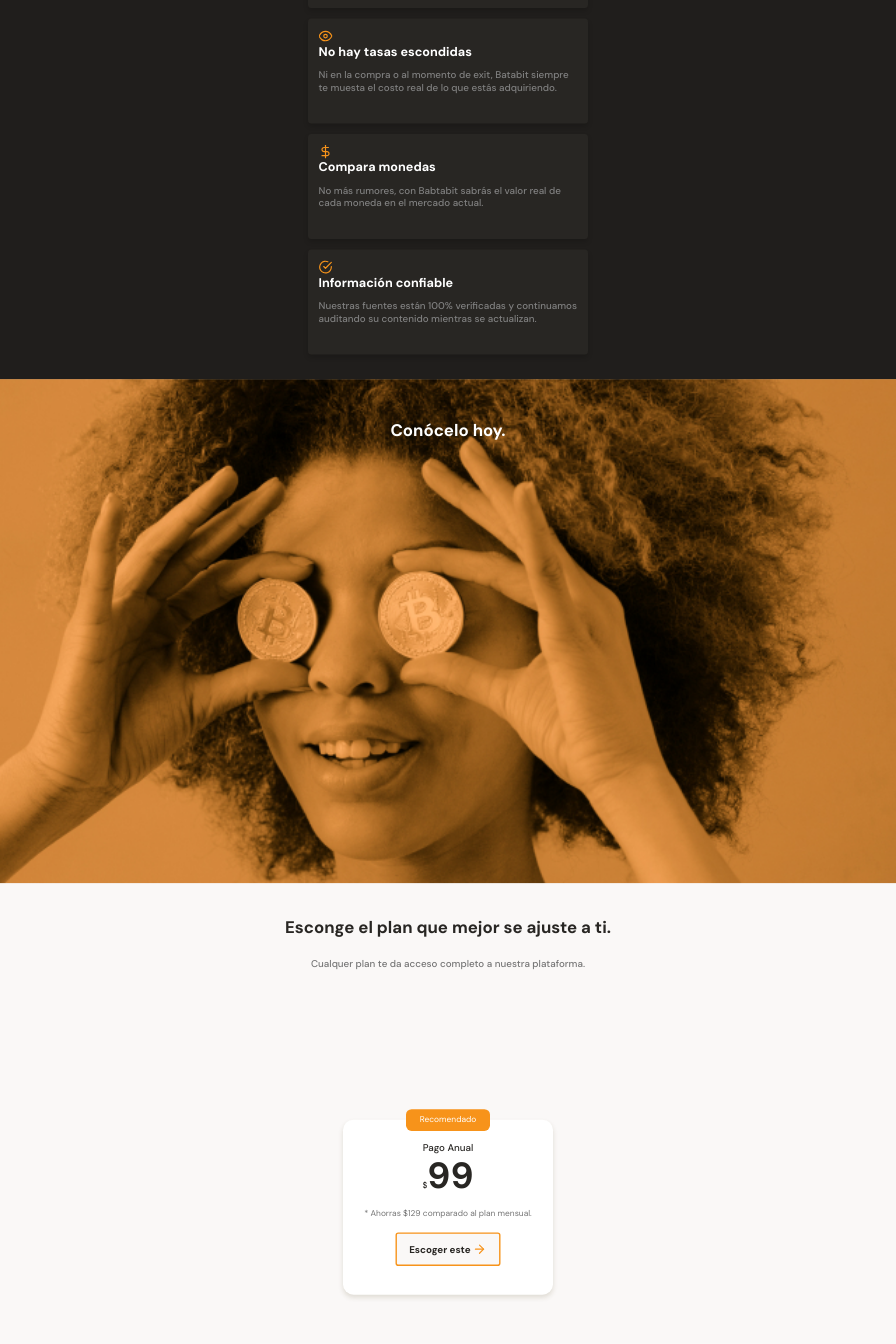
Repository: elto82/mobileFirst
Page: index.html
The author's editor kept a copy of each file at every save. The page is drawn from the files as they stood at one save, then again after the next save.
The browser window is 1280 px wide. The pictures show the part of the page from y = 1441 to 3361 px (the page is 3361 px tall), at 70% of full size.
Some web fonts or font styles are not loaded; a fallback is used.

Above is the page before, as saved 2022-06-08 21:39:17.

### index.html
<!DOCTYPE html>
<html lang="en">
  <head>
    <meta charset="UTF-8" />
    <meta http-equiv="X-UA-Compatible" content="IE=edge" />
    <meta name="viewport" content="width=device-width, initial-scale=1.0" />
    <link rel="preconnect" href="https://fonts.googleapis.com" />
    <link rel="preconnect" href="https://fonts.gstatic.com" crossorigin />
    <link
      href="https://fonts.googleapis.com/css2?family=DM+Sans:wght@400;500;700&family=Inter:wght@300;500&family=Poppins:ital,wght@0,300;1,400;1,600&family=Quicksand:wght@300;500;700&family=Roboto:wght@400;700&family=Rubik+Beastly&display=swap"
      rel="stylesheet"
    />
    <link rel="stylesheet" href="./style.css">
    <title>Document</title>
  </head>
  <body>
    <header>
        <img src="./assets/img/logo.svg" alt="">
        <div class="header-title-container">
            <h1>La próxima revolución en el intercambio de criptomonedas.</h1>
            <p>Batatabit te ayuda a navegar entre los diferentes precios y tendencias.  </p>
            <a href="#plans" class="header-button">Conoce nuestros planes <span></span></a>
        </div>
    </header>
    <main>
      <section class="main-exchange-container">
          <div class="backgroundImg"></div>
          <div class="main-exchange-conintainer--title">
            <h2>Visibilizamos todas las tasas de cambio.</h2>
            <p>Traemos información en tiempo real de las casas de cambio y las monedas más importantes del mundo.</p>
          </div>
          <section class="main-tables-container">
              <div class="main-currency-table">
                <p class="currency-table--title">Monedas</p>
                <div class="currency-table--container">
                  <table>
                    <tr>
                      <td class="table__top-left">Bitcoin</td>
                      <td class="table__top-right table__right" >$1.96 <span class="down"></span></td>
                    </tr>
                    <tr>
                      <td>Ethereum</td>
                      <td class="table__right">$0.07 <span class="up"></span></td>
                    </tr>
                    <tr>
                      <td>Riple</td>
                      <td class="table__right">$2.15<span class="down"></span></td>
                    </tr>
                    <tr>
                      <td class="table__bottom-left">Stellar</td>
                      <td class="table__botton-right table__right">$4.96 <span class="down"></span></td>
                    </tr>
                  </table>
                </div>
                <div class="currency-table--date">
                  <p><b> Actualizado:</b> 19 julio 23:45</p>
                </div>
              </div>
          </section>
      </section>

      <section class="main-product-detail">
        <span class="product-detail--batata-logo"></span>
        <div class="product-detail--title">
          <h2>Creamos un producto sin comparación.</h2>
          <p>Confiable y diseñado para su uso diario.</p>
        </div>
        <section class="product-cards--container">
          <article class="product-detail--card">
            <span class="clock"></span>
            <p class="product--card-title">Tiempo real</p>
            <p class="product--card-body">Nuestro API toma información minuto a minuto sobre las tasas que más determinan el comportamiento.</p>
          </article>
          <article class="product-detail--card">
            <span class="eye"></span>
            <p class="product--card-title">No hay tasas escondidas</p>
            <p class="product--card-body">Ni en la compra o al momento de exit, Batabit siempre te muesta el costo real de lo que estás adquiriendo.</p>
          </article>
          <article class="product-detail--card">
            <span class="money"></span>
            <p class="product--card-title">Compara monedas</p>
            <p class="product--card-body">No más rumores, con Babtabit sabrás el valor real de cada moneda en el mercado actual.</p>
          </article>
          <article class="product-detail--card">
            <span class="ok"></span>
            <p class="product--card-title">Información confiable</p>
            <p class="product--card-body">Nuestras fuentes están 100% verificadas y continuamos auditando su contenido mientras se actualizan.</p>
          </article>
        </section>
      </section>
      <section class="bitcoint-img-container">
        <h2>Conócelo hoy.</h2>
      </section>
      <section id="plans" class="main-plans-container">
        <div class="plans--title">
          <h2>Esconge el plan que mejor se ajuste a ti.</h2>
          <p>Cualquer plan te da acceso completo a nuestra plataforma.</p>
        </div>
        <section class="plans-container--slider">
          <article class="plans-conteiner--card">
            <p class="recommended">Recomendado</p>
            <div class="plan-info-container">
              <h3 class="plan-card--title">Pago Anual</h3>
              <p class="plan-card--price"><span>$</span>99</p>
              <p class="plan-card--saving">* Ahorras $129 comparado al plan mensual.</p>
              <button class="plan-card--ca">Escoger este <span></span></button>
            </div>
          </article>
        </section>
      </section>
    </main>
    <footer></footer>
  </body>
</html>

### style.css
/*
1. Posicionamiento
2. Modelo de caja (box model)
3. Tipografia
4.Visuales
5. Otros
*/
:root{
    /* colores */
    --bitcoin-orange:#f7931a;
    --soft-orange: #ffe9d5;
    --secondary-blue:#1a9af7;
    --soft-blue: #e7f5ff;
    --warm-black: #201e1c;
    --black:#282623;
    --grey:#bababa;
    --off-white:#faf8f7;
    --just-white:#fff;

}
*{
    box-sizing: border-box;
    margin: 0;
    padding: 0;
}
html{
    font-size: 62.5%;
    font-family: 'DM Sans', sans-serif;;
}
header{
    position: relative;
    display: flex;
    flex-direction: column;
    justify-content: center;
    width: 100%;
    min-width: 32rem;
    height: 34rem;
    text-align: center;
    background: linear-gradient(207.8deg, #201e1c 16.69%, #f7931a 100%);
}
header img{
    width: 15rem;
    height: 2.4rem;
    margin-top: 6rem;
    align-self: center;
}
.header-title-container{
    width: 90%;
    min-width: 28.8rem;
    max-width: 90rem;
    height: 21.8rem;
    margin-top: 4rem;
    text-align: center;
    align-self: center;
}
.header-title-container h1{
    font-size: 2.4rem;
    font-weight: bold;
    line-height: 2.6rem;
    color: var(--just-white);
}
.header-title-container p{
    margin-top: 2.5rem;
    font-size: 1.4rem;
    font-weight: 500;
    line-height: 1.8rem;
    color: var(--soft-orange);
}
.header-title-container .header-button{
    position: absolute;
    left: calc(50% - 11.8rem);
    top: 27rem;
    display: block;
    margin-top: 3.5rem;
    padding: 1.5rem;
    width: 22.9rem;
    height: 4.8rem;
    background-color: var(--off-white);
    box-shadow: 0px 4px 8px rgba(89, 73, 30, 0.16);
    border: none;
    border-radius: 0.5rem;
    font-size: 1.4rem;
    font-weight: bold;
    text-decoration: none;
    color: var(--black);
}
.header-button span{
    display: inline-block;
    width: 1.3rem;
    height: 0.8rem;
    margin-left: 1rem;
    background-image: url('./assets/icons/down-arrow.svg');
}
main{
    width: 100%;
    height: auto;
    background-color: var(--off-white);
}
.main-exchange-container{
    width: 100%;
    height: auto;
    padding-top: 8rem;
    padding-bottom: 3rem;
    text-align: center;
}
.main-exchange-conintainer--title{
    width: 90%;
    min-width: 28.8rem;
    max-width: 90rem;
    margin: 0 auto;
}
.main-exchange-container .backgroundImg{
    width: 20rem;
    height: 20rem;
    margin: 0 auto;
    margin-bottom: 5rem;
    background-image: url('./assets/img/Bitcoin.svg');
    background-size: cover;
    background-position: center;
    background-repeat: no-repeat;
}
.main-exchange-container h2{
    margin-bottom: 3rem;
    font-size: 2.4rem;
    font-weight: bold;
    line-height: 2.6rem;
    color: var(--black);
}
.header-title-container p{
    margin-bottom: 3rem;
    font-size: 1.4rem;
    font-weight: 500;
    line-height: 1.6rem;
    color: #757575;
}
.main-currency-table{
    width: 70%;
    min-width: 23.5rem;
    max-width: 50re;
    height: 36rem;
    margin: 0 auto;
    font-family: 'Inter', 'sans-serif';
}
.main-currency-table .currency-table--title{
    margin-top: 2rem;
    margin-bottom: 1.5rem;
    font-size: 1.8rem;
    font-weight: bold;
    line-height: 2.3rem;
    color: var(--bitcoin-orange);
}
.currency-table--container{
    width: 90%;
    min-width: 23rem;
    max-width: 30rem;
    height: 25rem;
    margin: 0 auto;
}
.currency-table--container table{
    width: 100%;
    height: 100%;
}
.currency-table--container td{
    width: 50%;
    font-size: 1.6rem;
    font-weight: 500;
    line-height: 1.9rem;
    color: var(--grey);
    background-color: var(--just-white);
}
.currency-table--container .table__top-left{
    border-radius: 1.5rem 0 0 0;
}
.currency-table--container .table__top-right{
    border-radius: 0 1.5rem 0 0;
}
.currency-table--container .table__bottom-left{
    border-radius: 0 0 0 1.5rem;
}
.currency-table--container .table__botton-right{
    border-radius: 0 0 1.5rem 0;
}
.currency-table--container .table__right{
    font-size: 1.4rem;
    font-weight: normal;
    line-height: 1.7rem;
    color: #757575;
}
.currency-table--container .down{
    display: inline-block;
    width: 1.5rem;
    height: 1.5rem;
    margin-left: 1rem;
    background-image: url('./assets/icons/trending-down.svg');
    background-size: cover;
    background-position: center;
    background-repeat: no-repeat;
}
.currency-table--container .up{
    display: inline-block;
    width: 1.5rem;
    height: 1.5rem;
    margin-left: 1rem;
    background-image: url('./assets/icons/trending-up.svg');
    background-size: cover;
    background-position: center;
    background-repeat: no-repeat;
}
.currency-table--date{
    width: 19rem;
    height: 3rem;
    margin: 0 auto;
    margin-top: 1.5rem;
    padding: 0.8rem;
    background-color: var(--soft-orange);
    border-radius: 0.8rem;
    box-shadow: 0px 4px 8px rgba(89, 73, 30, 0.16);
}
.currency-table--date p{
    font-weight: 300;
    font-size: 1.2rem;
    line-height: 1.5rem;
    color: var(--warm-black);
}
.main-product-detail{
    position: relative;
    width: 100%;
    min-width: 32rem;
    height: auto;
    padding: 2rem 1rem;
    background-color: var(--warm-black);
}
.product-detail--batata-logo{
    position: absolute;
    width: 4rem;
    height: 2.5rem;
    top: -1rem;
    left: calc(50% - 2rem);
    background-image: url('./assets/icons/batata.svg');

}
.product-detail--title{
    width: 90%;
    min-width: 28.8rem;
    height: auto;
    margin: 0 auto;
    margin-top: 5rem;
    text-align: center;
}
.product-detail--title h2{
    margin-bottom: 2rem;
    font-size: 2.4rem;
    font-weight: bold;
    line-height: 2.6rem;
    color: var(--just-white);
}
.product-detail--title p{
    margin-bottom: 2rem;
    font-size: 1.4rem;
    font-weight: 500;
    line-height: 1.8rem;
    color: #808080;
}
.product-detail--card{
    width: 90%;
    min-width: 28.8rem;
    max-width: 40rem;
    min-height: 15rem;
    margin: 1.5rem auto;
    padding: 1.5rem;
    background-color: var(--black);
    border-radius: 0.5rem;
    box-shadow: 0 4px 8px rgba(0, 0, 0, 0.16);
}
.product-detail--card .clock{
    display: inline-block;
    width: 2rem;
    height: 2rem; ;
    background-image: url('./assets/icons/clock.svg');
    background-size: cover;
    background-position: center;
    background-repeat: no-repeat;
}
.product-detail--card .eye{
    display: inline-block;
    width: 2rem;
    height: 2rem; ;
    background-image: url('./assets/icons/eye.svg');
    background-size: cover;
    background-position: center;
    background-repeat: no-repeat;
}
.product-detail--card .money{
    display: inline-block;
    width: 2rem;
    height: 2rem; ;
    background-image: url('./assets/icons/dollar-sign.svg');
    background-size: cover;
    background-position: center;
    background-repeat: no-repeat;
}
.product-detail--card .ok{
    display: inline-block;
    width: 2rem;
    height: 2rem; ;
    background-image: url('./assets/icons/check-circle.svg');
    background-size: cover;
    background-position: center;
    background-repeat: no-repeat;
}
.product--card-title{
    margin-bottom: 1.5rem;
    font-size: 1.8rem;
    font-weight: bold;
    line-height: 1.8rem;
    color: var(--just-white);
}
.product--card-body{
    font-size: 1.4rem;
    font-weight: 500;
    line-height: 1.8rem;
    color: #808080;
}
.bitcoint-img-container{
    width: 100%;
    min-width: 32rem;
    height: 100vh;
    background-image:url('./assets/img/bitcoinbaby2x.jpg');
    background-size: cover;
    background-position: center;
    background-repeat: no-repeat;
    text-align: center;
}
.bitcoint-img-container h2{
    padding-top: 6rem;
    font-size: 2.4rem;
    font-weight: bold;
    line-height: 2.6rem;
    color: var(--just-white);

}
.main-plans-container{
    width: 100%;
    min-width: 32rem;
    padding-bottom: 7rem;
    text-align: center;
}
.plans--title{
    width: 90%;
    min-height: 28.8rem;
    height: auto;
    margin: 0 auto;
    margin-bottom: 5rem;
}
.plans--title h2{
    padding-top: 5rem;
    font-size: 2.4rem;
    font-weight: bold;
    line-height: 2.6rem;
    color: var(--black);
}
.plans--title p{
    padding-top: 3rem;
    font-size: 1.4rem;
    font-weight: 500;
    font-weight: 10.8rem;
    color: #757575;
}
.plans-conteiner--card{
    position: relative;
    width: 70%;
    min-width: 23rem;
    max-width: 30rem;
    height: 25rem;
    margin: 5rem auto 0;
    padding: 0 1.5rem;
    background-color: var(--just-white);
    border-radius: 1.5rem;
    box-shadow: 0 4px 8px rgba(89, 73, 30, 0.16);
}
.recommended{
    position: absolute;
    width: 12rem;
    height: 3.1rem;
    left: calc(50% - 6rem);
    top: -1.5rem;
    font-size: 1.2rem;
    padding-top: 0.6rem;
    background-color: var(--bitcoin-orange);
    border-radius: 0.8rem;
    color: var(--just-white);

}
.plan-card--title{
    padding-top: 3rem;
    font-size: 1.4rem;
    font-weight: 500;
    line-height: 1.8rem ;
    color: var(--black);
}
.plan-card--price{
    padding: 0.5rem 0;
    font-size: 5.2rem;
    font-weight: bold;
    line-height: 5.3rem;
    color: var(--black);
}
.plan-card--price span{
    display: inline-block;
    font-size: 1.2rem;
    font-weight: 300;
}
.plan-card--saving{
    font-size: 1.2rem;
    color: #757575;
}
.plan-card--ca{
    width: 15rem;
    height: 4.8rem;
    margin-top: 2rem;
    background-color: #faf8f7;
    border: 2px solid var(--bitcoin-orange);
    border-radius: 0.4rem;
    font-family: 'DM Sans', sans-serif;
    font-size: 1.4rem;
    font-weight: bold;
    line-height: 1.8rem;
    color: var(--black);
}
.plan-card--ca span{
    display: inline-block;
    width: 2rem;
    height: 2rem;
    background-image: url('./assets/icons/orange-right-arrow.svg');
    background-size: cover;
    background-position: center;
    background-repeat: no-repeat;
    text-align: center;
    vertical-align: text-bottom;
}

After the next save:
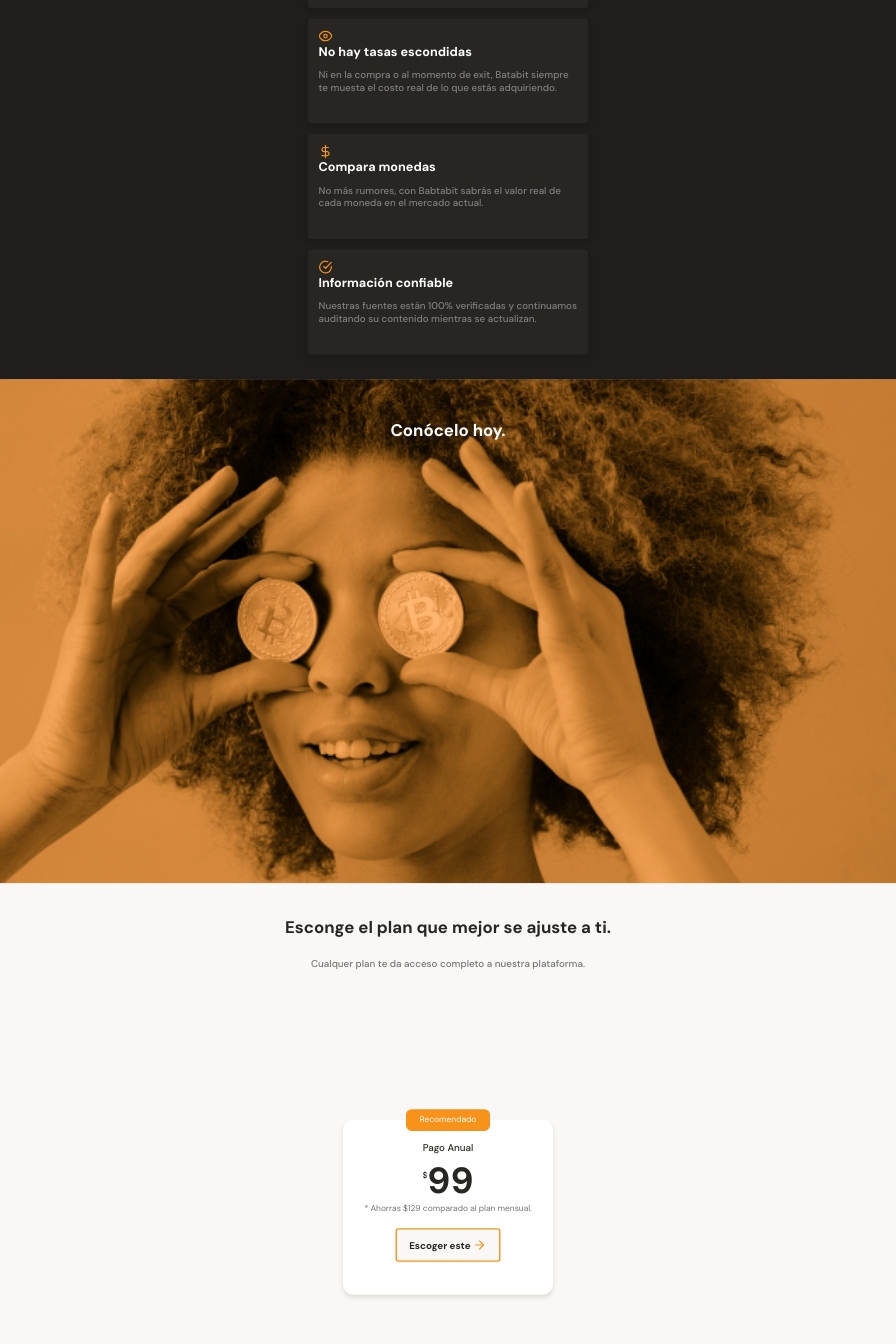
Saved 18 s later.
--- a/style.css
+++ b/style.css
@@ -409,6 +409,7 @@
     display: inline-block;
     font-size: 1.2rem;
     font-weight: 300;
+    vertical-align: text-top;
 }
 .plan-card--saving{
     font-size: 1.2rem;
